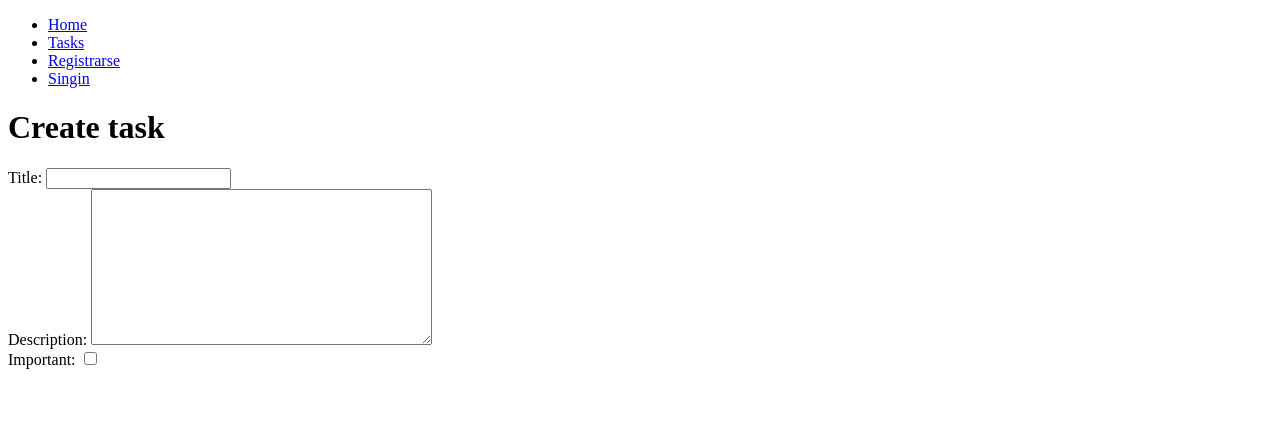
Repository: fercho9922/django-auth-crud
Page: http://localhost/tasks/create
The author's editor kept a copy of each file at every save. The page is drawn from the files as they stood at one save, then again after the next save.
The browser window is 1280 px wide. The pictures show the whole page.
The page is served by the project's application, run on Django 5.2 (manage.py).

Above is the page before, as saved 2024-04-11 09:30:39.

After the next save:
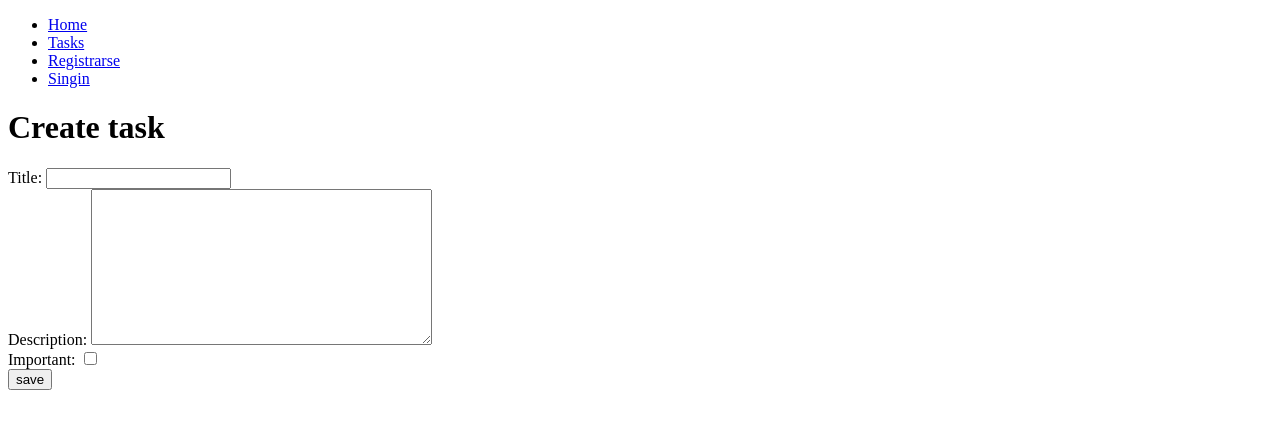
Saved 51 s later.
--- a/tasks/templates/create_task.html
+++ b/tasks/templates/create_task.html
@@ -6,5 +6,7 @@
 <form action="/tasks/create" method="POST">
 
     {{form}}
+
+    <button>save</button>
 </form>
 {% endblock %}
